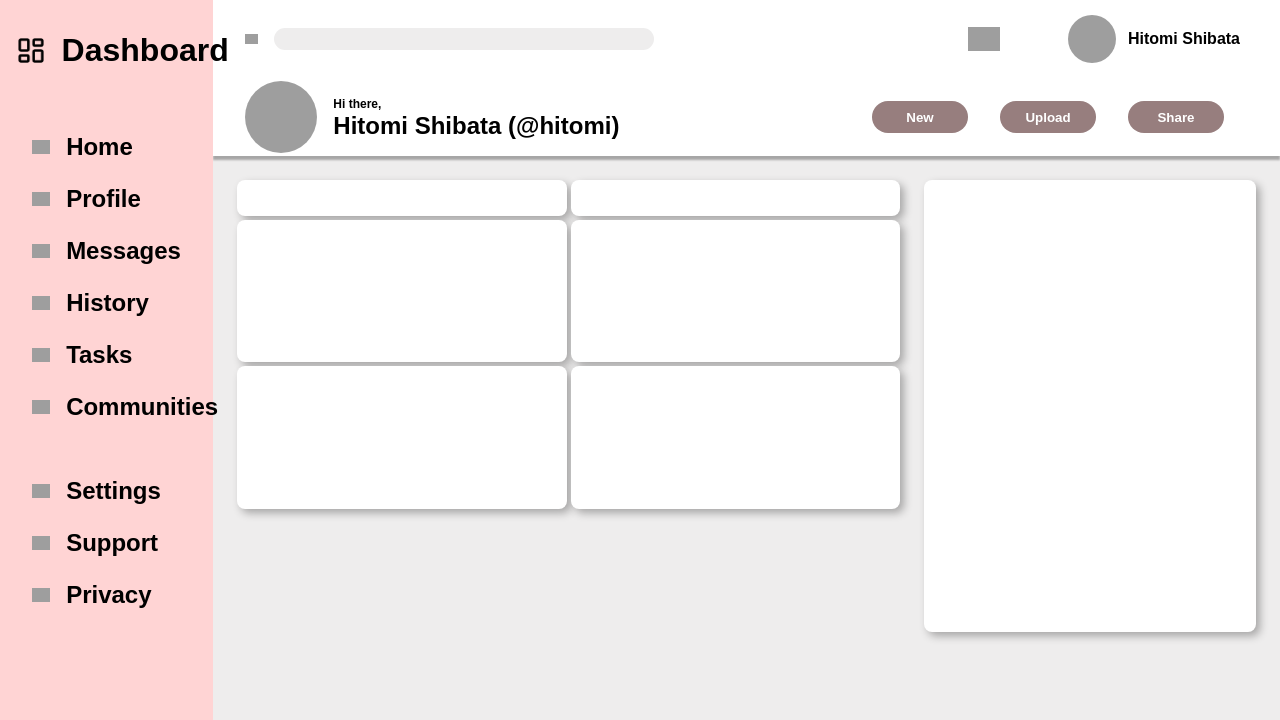
Repository: yeetzpxoci/dashboard
Page: index.html
An editor plug-in stored every save of this project. The page is shown before and after the next save, followed by the edit.
The browser window is 1280 px wide. The pictures show the whole page.
Pictures or frames that could not be fetched are drawn as grey boxes.

Above is the page before, as saved 2023-02-19 01:43:26.

### index.html
<!DOCTYPE html>
<html lang="en">
<head>
    <meta charset="UTF-8">
    <meta http-equiv="X-UA-Compatible" content="IE=edge">
    <meta name="viewport" content="width=device-width, initial-scale=1.0">
    <link rel="stylesheet" type="text/css" href="styles.css" />
    <title>Dashboard</title>
</head>
<body>
    <div class="sidebar">
        <div class="logo">
            <img src="dashboard-layout.png">
            <p>Dashboard</p>
        </div>

        <div class="icon-container1">
            <div class="icon">
                <img src="https://cdn-icons-png.flaticon.com/512/25/25694.png">
                <p>Home</p>
            </div>

            <div class="icon">
                <img src="https://cdn-icons-png.flaticon.com/512/6522/6522516.png">
                <p>Profile</p>
            </div>

            <div class="icon">
                <img src="https://cdn-icons-png.flaticon.com/512/739/739286.png">
                <p>Messages</p>
            </div>

            <div class="icon">
                <img src="https://cdn-icons-png.flaticon.com/512/32/32223.png">
                <p>History</p>
            </div>

            <div class="icon">
                <img src="https://www.svgrepo.com/show/79174/task-list.svg">
                <p>Tasks</p>
            </div>

            <div class="icon">
                <img src="https://icons.veryicon.com/png/o/business/classic-icon/community-12.png">
                <p>Communities</p>
            </div>
        </div>

        <div class="icon-container2">
            <div class="icon">
                <img src="https://cdn-icons-png.flaticon.com/512/126/126472.png">
                <p>Settings</p>
            </div>

            <div class="icon">
                <img src="https://upload.wikimedia.org/wikipedia/commons/thumb/1/17/FAQ_icon_%28Noun_like%29.svg/1255px-FAQ_icon_%28Noun_like%29.svg.png">
                <p>Support</p>
            </div>

            <div class="icon">
                <img src="https://cdn-icons-png.flaticon.com/512/4104/4104794.png">
                <p>Privacy</p>
            </div>
        </div>
    </div>

    <div class="header">
        <div class="search">
            <img src="https://cdn-icons-png.flaticon.com/512/3917/3917754.png">
            <input class="search-bar">
        </div>

        <img class="notification_icon" src="https://cdn-icons-png.flaticon.com/512/565/565422.png">

        <div class="profile-pic">
        </div>

        <p>Hitomi Shibata</p>

        <div class="user-info">
            <div class="profile-pic">
            </div>
            <p id="losinfo">
                <span style="font-size:12px;">Hi there,</span>
                <br>
                <span style="font-size:24px;">Hitomi Shibata (@hitomi)</span>
            </p>
        </div>
        <button>New</button>
        <button>Upload</button>
        <button>Share</button>
    </div>
    <div class="main-content">
        <div class="projects">
            <div class="project">

            </div>

            <div class="project">

            </div>

            <div class="project">

            </div>

            <div class="project">

            </div>

            <div class="project">

            </div>

            <div class="project">

            </div>
        </div>
        <div class="announcements">

        </div>
        <div class="trending">

        </div>
    </div>
</body>
</html>

### styles.css
html,
body {
    margin: 0;
    padding: 0;
    height: 100%;
}

body {
    min-height: 100vh;
    display: grid;
    grid-template-columns: 1fr 5fr;
    grid-template-rows: 1fr 4fr;
    font-family: Arial, Helvetica, sans-serif;
}

.sidebar {
    background-color: #FFD4D4;
    grid-column: 1 / 2;
    grid-row: 1 / 3;
    display: grid;
    grid-template-rows: 0.75fr 2fr 1fr 2fr;
    padding-left: 16px;
    gap: 32px;
    z-index: 2;
}

.icon-container1 {
    display: flex;
    flex-direction: column;
}

.icon-container2 {
    display: flex;
    flex-direction: column;
}

.logo, .icon {
    display: flex;
    align-items: center;
    font-weight: bold;
    gap: 16px;
}

.logo {
    font-size: 32px;
    align-self: baseline;
}

.icon {
    margin-top: -24px;
    font-size: 24px;
    margin-left: 16px;
}

.logo img {
    width: 15%;
}

.icon img {
    width: 10%;
}


.header {
    background-color: white;
    grid-column: 2 / 3;
    grid-row: 1 / 2;
    display: grid;
    grid-template-columns: 13fr 1fr 1fr 2fr;
    grid-template-rows: 1fr 1fr;
    padding-right: 24px;
    box-shadow: 0px 4px 2px rgb(0, 0, 0, 0.3);
    z-index: 1;
}

.search {
    display: flex;
    justify-content: flex-start;
    align-items: center;
    gap: 16px;
    margin-left: 32px;
}

.search img{
    width: 2%;
}

.search input {
    width: 60%;
    border-radius: 12px;
    border-width: 0px;
    background-color: #eeeded;
    height: 25%;
}

.notification_icon {
    width: 25%;
    align-self: center;
    justify-self: end;
}

.profile-pic {
    border-radius: 50%;
    background-image: url("https://i.pinimg.com/originals/49/c0/e8/49c0e871fbe0be71396aa94fe1d93ddc.jpg");
    background-position: center;
    background-size: cover;
    background-repeat: no-repeat;
    overflow: hidden;
}

.header > .profile-pic {
    width: 48px;
    height: 48px;
    align-self: center;
    justify-self: end;
    margin-right: 12px;
}

.user-info {
    display: flex;
    gap: 16px;
}

.user-info > .profile-pic {
    width: 72px;
    height: 72px;
    margin-left: 32px;
    align-self: center;
}

.header p {
    align-self: center;
    font-weight: bolder;
    justify-self: baseline;
}

button {
    height: 40%;
    width: 96px;
    align-self: center;
    justify-self: baseline;
    background-color: #977e7e;
    border-radius: 24px;
    border-width: 0px;
    color: white;
    margin-right: 32px;
    font-weight: bold;
}

.main-content {
    background-color: #eeeded;
    grid-column: 2 / 3;
    grid-row: 2 / 3;
    padding-left: 24px;
    padding-right: 24px;
    padding-top: 24px;
    padding-bottom: 64px;
    display: grid;
    grid-template-columns: 2fr 1fr;
    grid-template-rows: 1fr;
    gap: 24px;
}

.projects {
    width: 100%;
    display: grid;
    grid-template-columns: repeat(2, 1fr);
    grid-template-rows: 1fr 4fr 4fr 4fr;
    gap: 4px;
    grid-column: 1 / 2;
    grid-row: 1 / 3;
}

.project {
    background-color: white;
    border-radius: 8px;
    box-shadow: 4px 4px 8px rgb(0, 0, 0, 0.3);
}

.announcements {
    width: 100%;
    display: grid;
    grid-template-rows: 1fr 1fr 1fr;
    grid-row: 1 / 2;
    background-color: white;
    border-radius: 8px;
    box-shadow: 4px 4px 8px rgb(0, 0, 0, 0.3);
}

.trending {
    width: 100%;
    display: grid;
    grid-template-rows: 1fr 1fr 1fr;
    background-color: aqua;
    grid-row: 2 / 3;
    background-color: white;
    border-radius: 8px;
    box-shadow: 4px 4px 8px rgb(0, 0, 0, 0.3);
}

After the next save:
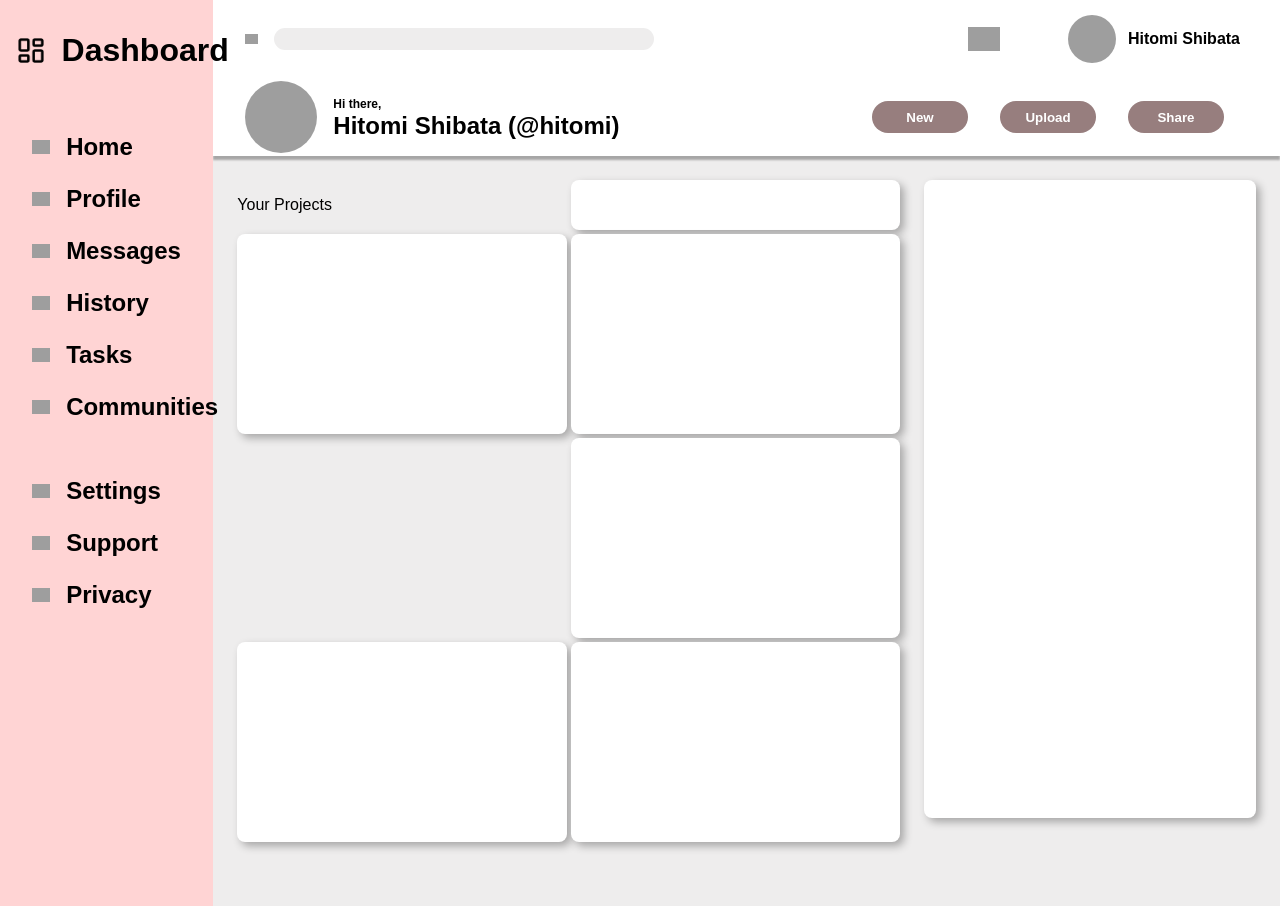
Saved 27 s later.
--- a/index.html
+++ b/index.html
@@ -92,6 +92,7 @@
     </div>
     <div class="main-content">
         <div class="projects">
+            <p>Your Projects</p>
             <div class="project">
 
             </div>
@@ -103,7 +104,7 @@
             <div class="project">
 
             </div>
-
+            <p></p>
             <div class="project">
 
             </div>
